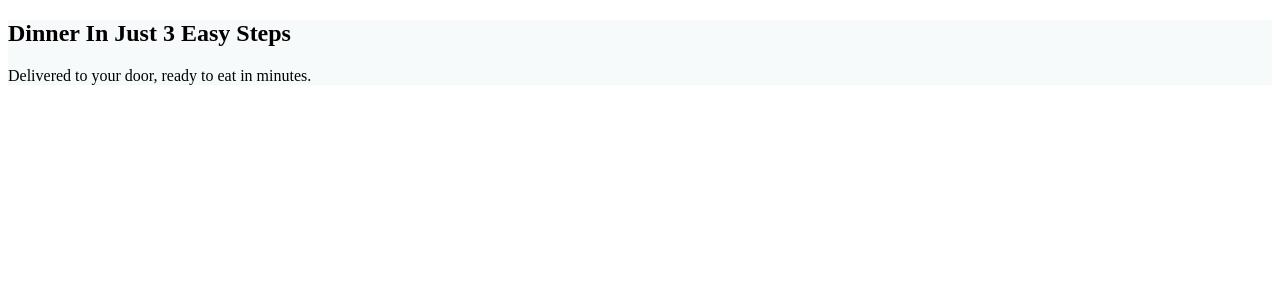
Repository: ST-United-Internship/leadpage
Page: card-UI.html
An editor plug-in stored every save of this project. The page is shown before and after the next save, followed by the edit.
The browser window is 1280 px wide. The pictures show the whole page.

Above is the page before, as saved 2023-03-15 14:45:56.

### card-UI.html
<!DOCTYPE html>
<html lang="en">
<head>
    <meta charset="UTF-8">
    <meta http-equiv="X-UA-Compatible" content="IE=edge">
    <meta name="viewport" content="width=device-width, initial-scale=1.0">
    <title>Document</title>
    <link rel="stylesheet" href="css/card-UI.css">
    <link rel="stylesheet" href="css/common.css">
    <link rel="stylesheet" href="https://use.fontawesome.com/releases/v5.15.4/css/all.css" integrity="sha384-DyZ88mC6Up2uqS4h/KRgHuoeGwBcD4Ng9SiP4dIRy0EXTlnuz47vAwmeGwVChigm" crossorigin="anonymous"/>
</head>
<body>
        <section>
            <!--begin title-->
            <div class="about">
                <div class="columm">
                    <h2>Dinner In Just 3 Easy Steps</h2>
                    <p>Delivered to your door, ready to eat in minutes.</p>
                    <div class="title-text">

                    </div>
                </div>
            </div>
            <!--begin card-->
            <div>

            </div>
        </section>
</body>
</html>

### css/card-UI.css
section{
    background: #f7fafa;
    /* padding: 90px 0 100px 0; */
}

.card{
    background-color: #f7fafa;
}

.card .columm{
    /* display: flex; */
    /* flex-wrap: wrap; */
    /* margin-right: -15px;
    margin-left: -15px; */
    text-align: center;
}
/* .card .columm .title-text{
    text-align: center;
} */

### css/common.css
.container {
  max-width: 80%;
  margin: auto;
  border: 1px solid blue;
}
.card {
  width: 400px;
}
.space-vertical {
  padding: 20px 0;
}

.space-horizontal {
  padding: 0 20px;
}

*,
**,
*::before,
*::after {
  box-sizing: border-box;
}

After the next save:
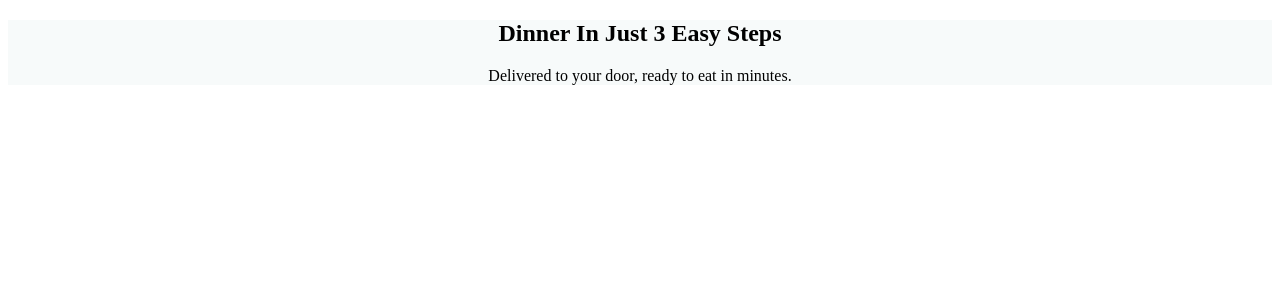
Saved 10 s later.
--- a/css/card-UI.css
+++ b/css/card-UI.css
@@ -3,11 +3,11 @@ section{
     /* padding: 90px 0 100px 0; */
 }
 
-.card{
+.about{
     background-color: #f7fafa;
 }
 
-.card .columm{
+.about .columm{
     /* display: flex; */
     /* flex-wrap: wrap; */
     /* margin-right: -15px;
